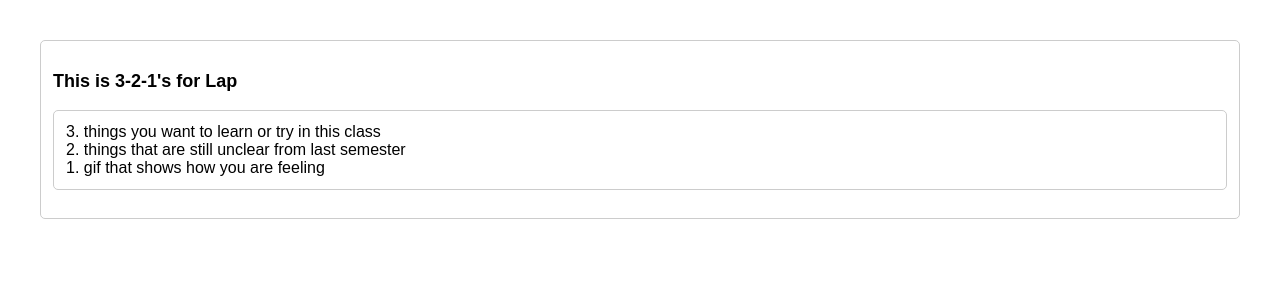
Repository: HyunJunggggg/MDIA2109
Page: index.html
The author's editor kept a copy of each file at every save. The page is drawn from the files as they stood at one save, then again after the next save.
The browser window is 1280 px wide. The pictures show the whole page.

Above is the page before, as saved 2025-01-23 15:36:20.

### index.html
<!DOCTYPE html>
<html lang="en">
    <head>
        <!-- Meta -->
        <meta charset="UTF-8" />
        <meta name="viewport" content="width=device-width, initial-scale=1.0" />
        <link rel="stylesheet" href="style.css" />
        <title>HyunJung's Blog 😉</title>
    </head>

    <!-- body -->
    <body>
        <section>
            <div class="container" id="rats-ass">
                <p>This is 3-2-1's for Lap</p>
                <div class="container">
                                    <ul>
                    <li>3. things you want to learn or try in this class</li>
                    <li>2. things that are still unclear from last semester</li>
                    <li>1. gif that shows how you are feeling</li>
                </ul>
                </div>

            </div>
        </section>
    </body>
</html>

### style.css
/* Reset */
body {

}

ul,
ol,
dl {
    list-style-type: none;
    padding: 0;
    margin: 0;
}

/* Basic */
html {
    font-family: Arial, Helvetica, sans-serif;
}

body {
    padding: 2em;
}
a {
    text-decoration: none;
}

p {
    font-weight: bold;
    font-size: 18px;
}
/* Component style */
.container {
    margin-bottom: 1em;
    border: 1px solid #cccccc !important;
    border-radius: 5px;
    padding: 0.75em;
}

#rats-ass {
    border-color: red;
}
/* Utility style */

After the next save:
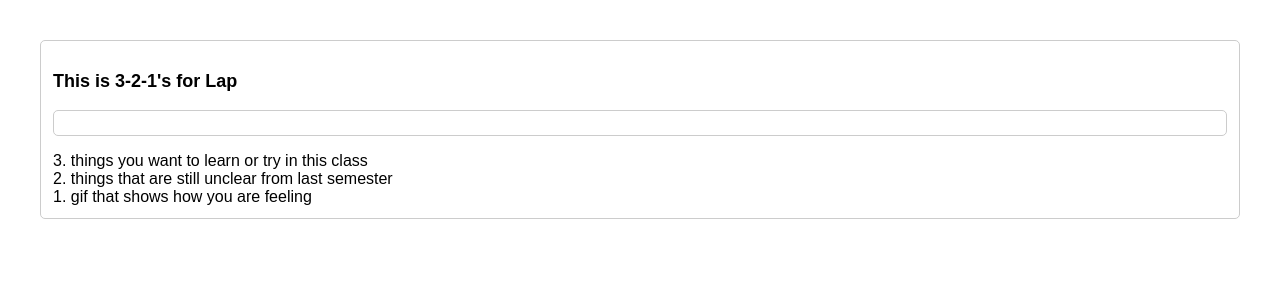
Saved 4 s later.
--- a/index.html
+++ b/index.html
@@ -14,13 +14,13 @@
             <div class="container" id="rats-ass">
                 <p>This is 3-2-1's for Lap</p>
                 <div class="container">
-                                    <ul>
+
+                </div>
+                <ul>
                     <li>3. things you want to learn or try in this class</li>
                     <li>2. things that are still unclear from last semester</li>
                     <li>1. gif that shows how you are feeling</li>
                 </ul>
-                </div>
-
             </div>
         </section>
     </body>
